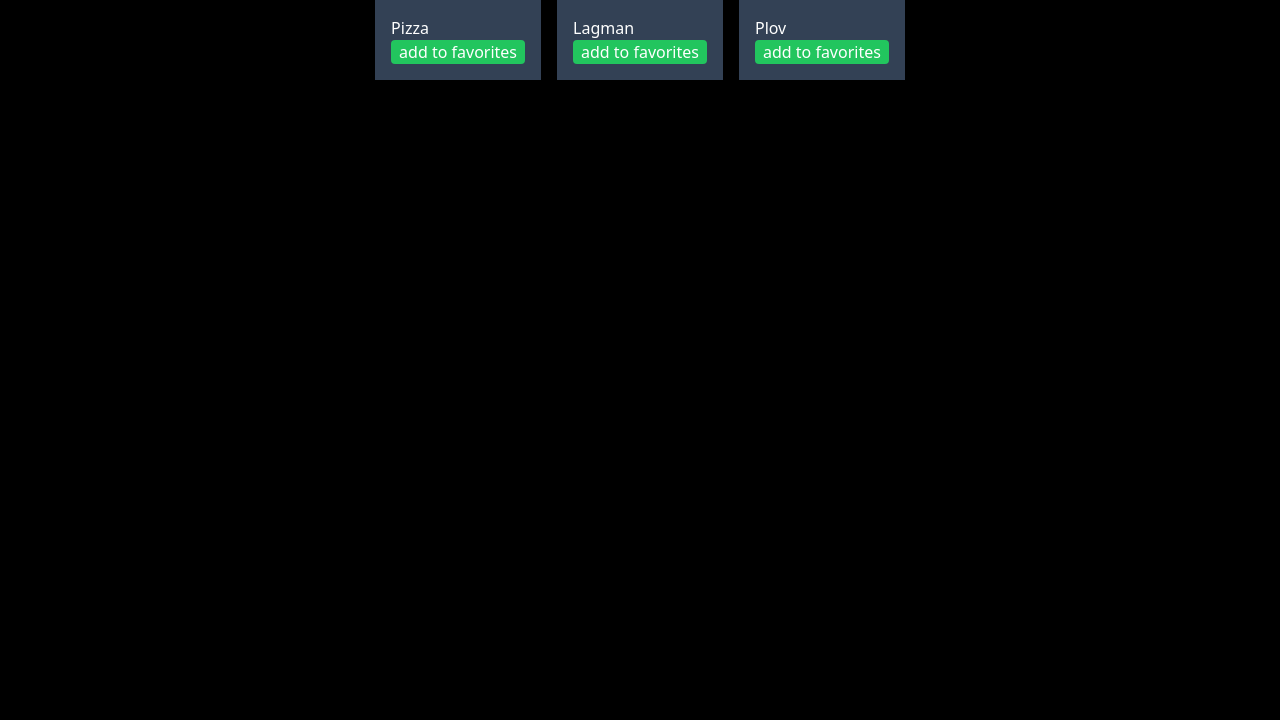
Repository: Nurlan-Bakenbaev/redux-tools
Page: /
An editor plug-in stored every save of this project. The page is shown before and after the next save, followed by the edit.
The browser window is 1280 px wide. The pictures show the whole page.
The project was rebuilt for these pictures with package versions that can differ from the ones it lists, and the page was loaded fresh each time. Also part of the build but not shown: vite.config.js.

Above is the page before, as saved 2023-10-22 22:16:54.

After the next save:
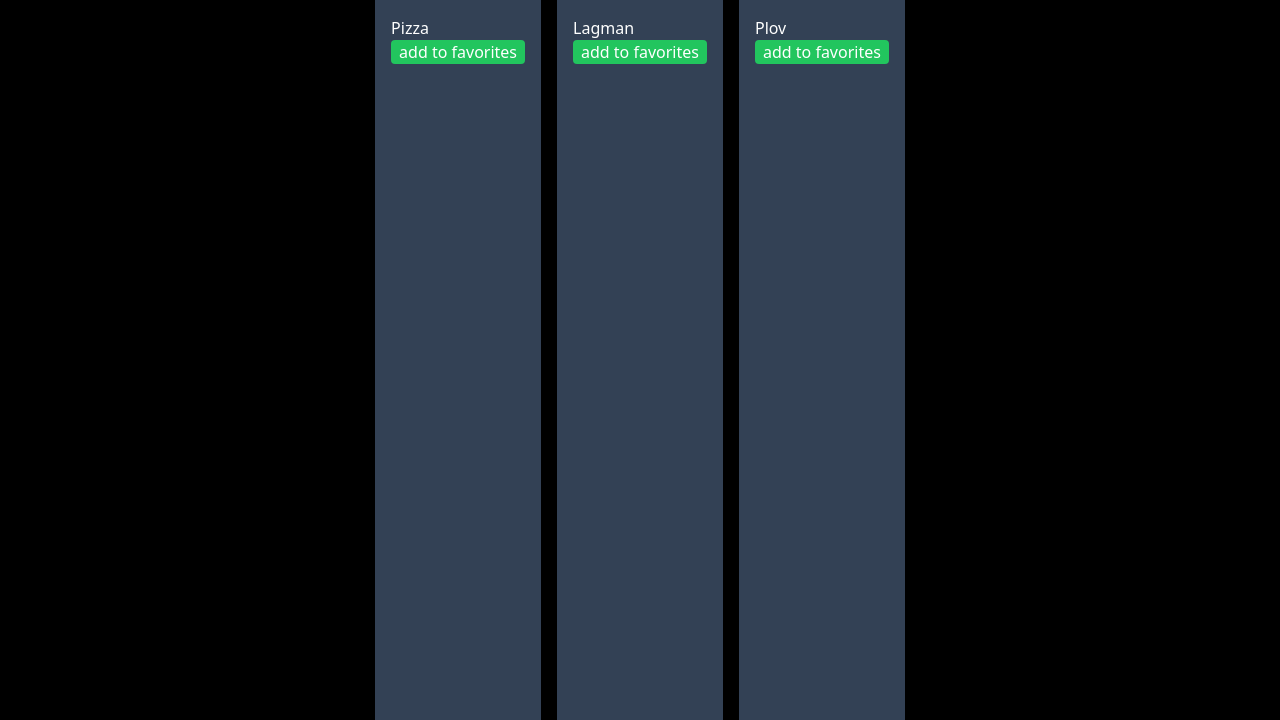
Saved 4 s later.
--- a/src/App.jsx
+++ b/src/App.jsx
@@ -3,7 +3,7 @@ import RicipeItem from "./RicipeItem";
 function App() {
   return (
     <>
-      <div className="flex flex-row gap-4  justify-center item-center h-[">
+      <div className="flex flex-row gap-4  justify-center item-center h-[100vh]">
         <RicipeItem recipe={{ id: 1, name: "Pizza" }} />
         <RicipeItem recipe={{ id: 2, name: "Lagman" }} />
         <RicipeItem recipe={{ id: 3, name: "Plov" }} />
